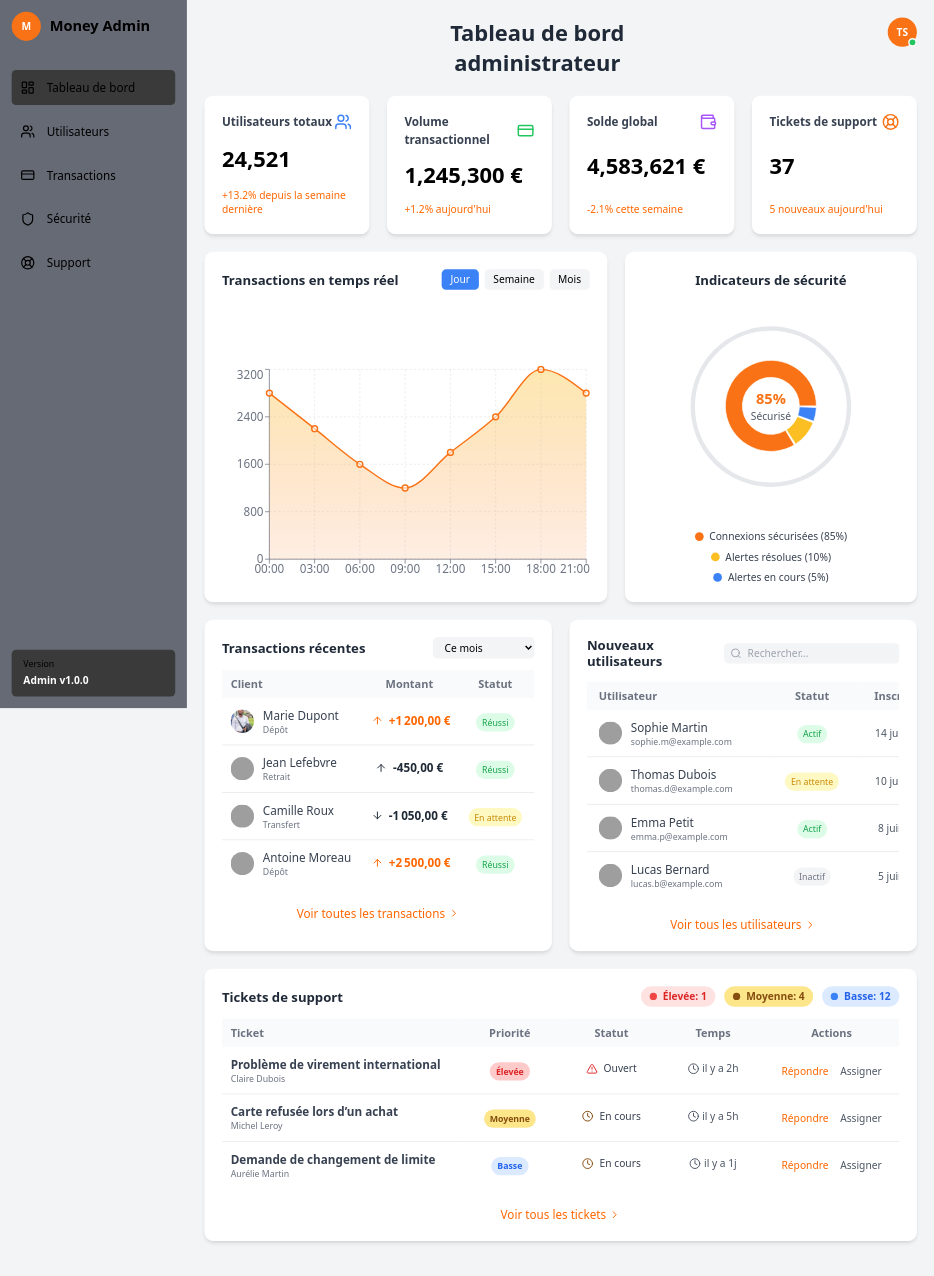
Repository: Edongo999/Dashboard
Page: /
An editor plug-in stored every save of this project. The page is shown before and after the next save, followed by the edit.
The browser window is 1280 px wide. The pictures show the whole page, at 73% of full size.
Pictures or frames that could not be fetched are drawn as grey boxes. The project was rebuilt for these pictures with package versions that can differ from the ones it lists, and the page was loaded fresh each time. Also part of the build but not shown: vite.config.ts.

Above is the page before, as saved 2025-10-15 08:15:35.

### index.html
<!doctype html>
<html lang="en">
  <head>
    <meta charset="UTF-8" />
    <link rel="icon" type="image/svg+xml" href="/vite.svg" />
    <meta name="viewport" content="width=device-width, initial-scale=1.0" />
    <title>mon_dashboard</title>
  </head>
  <body>
    <div id="root"></div>
    <script type="module" src="/src/main.tsx"></script>
  </body>
</html>

### src/App.tsx
import Sidebar from "./components/Sidebar"
import StatBlock from "./components/StatBlock"
import UserAvatar from "./components/UserAvatar"
import RealtimeChart from "./components/RealtimeChart"
import SecurityIndicators from "./components/SecurityIndicators"
import RecentActivity from "./components/RecentActivity"
import NewUsersTable from "./components/NewUsersTable"
import SupportTickets from "./components/SupportTickets"
import { Users, CreditCard, Wallet, LifeBuoy } from "lucide-react"

const App = () => {
  const kpis = [
    {
      title: "Utilisateurs totaux",
      value: "24,521",
      subtext: "+13.2% depuis la semaine dernière",
      icon: <Users />,
      iconColor: "text-blue-500"
    },
    {
      title: "Volume transactionnel",
      value: "1,245,300 €",
      subtext: "+1.2% aujourd'hui",
      icon: <CreditCard />,
      iconColor: "text-green-500"
    },
    {
      title: "Solde global",
      value: "4,583,621 €",
      subtext: "-2.1% cette semaine",
      icon: <Wallet />,
      iconColor: "text-purple-500"
    },
    {
      title: "Tickets de support",
      value: "37",
      subtext: "5 nouveaux aujourd'hui",
      icon: <LifeBuoy />,
      iconColor: "text-orange-500"
    }
  ]

  return (
    <div className="flex min-h-screen bg-[#F3F4F6]">

      {/* ✅ Sidebar monté une seule fois, gère le responsive */}
      <Sidebar />

      {/* ✅ Contenu principal */}
      <main className="flex-1 overflow-auto p-6">

        {/* ✅ Titre centré + avatar fixe en haut à droite */}
        <div className="relative mb-6">
          {/* ✅ Avatar toujours en haut à droite */}
          <div className="absolute top-0 right-0">
            <UserAvatar />
          </div>

          {/* ✅ Titre toujours centré, jamais chevauché */}
          <h1 className="text-3xl font-bold text-gray-800 leading-snug text-center pr-16">
            <span className="block">Tableau de bord</span>
            <span className="block">administrateur</span>
          </h1>
        </div>

        {/* ✅ Cartes KPI */}
        <div className="grid grid-cols-1 sm:grid-cols-2 lg:grid-cols-4 gap-6 mb-6">
          {kpis.map((kpi, i) => (
            <StatBlock key={i} {...kpi} />
          ))}
        </div>

        {/* ✅ Section monitoring élargie sur desktop */}
        <div className="grid grid-cols-1 lg:grid-cols-[1.6fr_400px] gap-6 mb-6 w-full">
          <RealtimeChart />
          <SecurityIndicators />
        </div>

        {/* ✅ Section activité + utilisateurs côte à côte */}
        <div className="grid grid-cols-1 lg:grid-cols-2 gap-6 mb-6">
          <RecentActivity />
          <NewUsersTable />
        </div>

        {/* ✅ Dernière section : tickets de support */}
        <div className="grid grid-cols-1 gap-6 mb-6">
          <SupportTickets />
        </div>
      </main>
    </div>
  )
}

export default App

### src/components/Sidebar.tsx

import {
  LayoutDashboard,
  Users,
  CreditCard,
  Shield,
  LifeBuoy,
  Menu,
  XIcon
} from "lucide-react"
import { useState } from "react"

const Sidebar = () => {
  const [mobileOpen, setMobileOpen] = useState(false)
  const [active, setActive] = useState("Tableau de bord")

  const menuItems = [
    { label: "Tableau de bord", icon: <LayoutDashboard size={20} /> },
    { label: "Utilisateurs", icon: <Users size={20} /> },
    { label: "Transactions", icon: <CreditCard size={20} /> },
    { label: "Sécurité", icon: <Shield size={20} /> },
    { label: "Support", icon: <LifeBuoy size={20} /> }
  ]

  const renderMenu = () => (
    <>
      <div className="flex items-center gap-3 mb-10">
        <div className="bg-orange-500 text-white rounded-full w-10 h-10 flex items-center justify-center font-bold text-sm shrink-0">
          M
        </div>
        <span className="text-xl font-semibold whitespace-nowrap">Money Admin</span>
      </div>

      <ul className="space-y-3">
        {menuItems.map((item) => (
          <li key={item.label}>
            <a
              onClick={() => setActive(item.label)}
              className={`flex items-center gap-4 py-3 px-3 text-[16px] rounded-md transition-all duration-300 ${
                active === item.label
                  ? "bg-[#3A3A3A]"
                  : "hover:bg-neutral-600 hover:scale-[1.02]"
              }`}
            >
              {item.icon}
              {item.label}
            </a>
          </li>
        ))}
      </ul>
    </>
  )

  return (
    <>
      {/* ✅ Bouton hamburger mobile */}
      <button
        className="lg:hidden fixed top-4 left-4 z-50 bg-white p-2 rounded-md shadow-md"
        onClick={() => setMobileOpen(true)}
      >
        <Menu className="text-gray-800" />
      </button>

      {/* ✅ Overlay mobile */}
      {mobileOpen && (
        <div
          className="fixed inset-0 z-40 bg-black/30 lg:hidden"
          onClick={() => setMobileOpen(false)}
        />
      )}

      {/* ✅ Sidebar mobile avec bouton de fermeture */}
      <aside
        className={`fixed top-0 left-0 w-64 h-full bg-[#656A74] text-neutral-content p-4 z-50 transition-transform duration-300 ${
          mobileOpen ? "translate-x-0" : "-translate-x-full"
        } lg:hidden`}
      >
        <div className="flex justify-end mb-4">
          <button onClick={() => setMobileOpen(false)}>
            <XIcon className="text-white" />
          </button>
        </div>
        <div className="flex flex-col justify-between h-full">
          <div>{renderMenu()}</div>
          <div className="mt-10">
            <div className="bg-[#3A3A3A] rounded-md px-4 py-3 text-xs text-neutral-content/70">
              <p className="mb-1">Version</p>
              <span className="font-semibold text-sm text-white">Admin v1.0.0</span>
            </div>
          </div>
        </div>
      </aside>

      {/* ✅ Sidebar desktop avec hauteur personnalisable */}
      <aside className="hidden lg:flex flex-col w-64 h-[970px] bg-[#656A74] text-neutral-content p-4">
        <div className="flex flex-col justify-between h-full">
          <div>{renderMenu()}</div>
          <div className="mt-auto">
            <div className="bg-[#3A3A3A] rounded-md px-4 py-3 text-xs text-neutral-content/70">
              <p className="mb-1">Version</p>
              <span className="font-semibold text-sm text-white">Admin v1.0.0</span>
            </div>
          </div>
        </div>
      </aside>
    </>
  )
}

export default Sidebar

### src/components/StatBlock.tsx
import { motion } from "framer-motion"

type StatBlockProps = {
  title: string
  value: string
  subtext: string
  icon: React.ReactNode
  iconColor: string
}

const StatBlock = ({ title, value, subtext, icon, iconColor }: StatBlockProps) => {
  return (
    <motion.div
      initial={{ opacity: 0, y: 30 }}
      animate={{ opacity: 1, y: 0 }}
      whileHover={{ scale: 1.03, y: -5 }}
      transition={{ duration: 0.3, ease: "easeOut" }}
      // 🔧 MODIFICATION ICI : largeur dynamique
      // Remplace `max-w-[240px]` par `flex-1` pour que chaque carte s’étire dans le layout
      className="bg-white shadow-md p-6 rounded-[12px] flex flex-col justify-between flex-1 h-[190px]"
    >
      <div className="flex justify-between items-center">
        <h3 className="text-base font-semibold text-gray-700">{title}</h3>
        <div className={`text-2xl ${iconColor}`}>{icon}</div>
      </div>
      <p className="text-3xl font-bold mt-2 text-black">{value}</p>
      <p className="text-sm mt-2 text-[#FF6600] font-medium">{subtext}</p>
    </motion.div>
  )
}

export default StatBlock

### src/components/UserAvatar.tsx
const UserAvatar = () => {
  return (
    <div className="relative">
      <div className="w-10 h-10 rounded-full bg-orange-500 text-white flex items-center justify-center font-bold text-sm">
        TS
      </div>
      <span className="absolute bottom-0 right-0 w-3 h-3 rounded-full border-2 border-white bg-green-500" />
    </div>
  )
}

export default UserAvatar

### src/components/RealtimeChart.tsx


import {
  AreaChart,
  Area,
  XAxis,
  YAxis,
  Tooltip,
  CartesianGrid,
  ResponsiveContainer
} from "recharts"
import { useState } from "react"

const datasets = {
  jour: [
    { time: "00:00", value: 2800 },
    { time: "03:00", value: 2200 },
    { time: "06:00", value: 1600 },
    { time: "09:00", value: 1200 },
    { time: "12:00", value: 1800 },
    { time: "15:00", value: 2400 },
    { time: "18:00", value: 3200 },
    { time: "21:00", value: 2800 }
  ],
  semaine: [
    { time: "Lun", value: 5400 },
    { time: "Mar", value: 6200 },
    { time: "Mer", value: 5800 },
    { time: "Jeu", value: 6900 },
    { time: "Ven", value: 7200 },
    { time: "Sam", value: 5100 },
    { time: "Dim", value: 4300 }
  ],
  mois: [
    { time: "S1", value: 18000 },
    { time: "S2", value: 22000 },
    { time: "S3", value: 19500 },
    { time: "S4", value: 25000 }
  ]
}

const RealtimeChart = () => {
  const [view, setView] = useState<"jour" | "semaine" | "mois">("jour")

  return (
    // ✅ Largeur fluide, hauteur augmentée
    <div className="bg-white rounded-[12px] shadow-md p-6 w-full flex flex-col justify-between min-h-[480px]">

      <div className="flex items-center justify-between flex-wrap gap-4 mb-4">
        <h2 className="text-lg font-semibold text-gray-800">Transactions en temps réel</h2>
        <div className="flex gap-2">
          {["jour", "semaine", "mois"].map((v) => (
            <button
              key={v}
              onClick={() => setView(v as "jour" | "semaine" | "mois")}
              className={`text-sm px-3 py-1 rounded-md ${
                view === v ? "bg-blue-500 text-white" : "bg-gray-100 hover:bg-gray-200"
              }`}
            >
              {v.charAt(0).toUpperCase() + v.slice(1)}
            </button>
          ))}
        </div>
      </div>

      <div className="w-full h-[300px]">
        <ResponsiveContainer width="100%" height="100%">
          <AreaChart data={datasets[view]}>
            <defs>
              <linearGradient id="colorValue" x1="0" y1="0" x2="0" y2="1">
                <stop offset="0%" stopColor="#FBBF24" stopOpacity={0.6} />
                <stop offset="100%" stopColor="#F97316" stopOpacity={0.2} />
              </linearGradient>
            </defs>
            <CartesianGrid strokeDasharray="3 3" stroke="#E5E7EB" />
            <XAxis dataKey="time" stroke="#6B7280" />
            <YAxis stroke="#6B7280" />
            <Tooltip
              contentStyle={{ backgroundColor: "#fff", borderRadius: "8px", border: "none" }}
              labelStyle={{ color: "#374151", fontWeight: "500" }}
            />
            <Area
              type="monotone"
              dataKey="value"
              stroke="#F97316"
              strokeWidth={2}
              fill="url(#colorValue)"
              dot={{ r: 4, stroke: "#F97316", strokeWidth: 2, fill: "#fff" }}
            />
          </AreaChart>
        </ResponsiveContainer>
      </div>
    </div>
  )
}

export default RealtimeChart

### src/components/SecurityIndicators.tsx
import {
  PieChart,
  Pie,
  Cell,
  ResponsiveContainer
} from "recharts"

type SecurityLabel = "Connexions sécurisées" | "Alertes résolues" | "Alertes en cours"

const rawData: { name: SecurityLabel; value: number }[] = [
  { name: "Connexions sécurisées", value: 85 },
  { name: "Alertes résolues", value: 10 },
  { name: "Alertes en cours", value: 5 }
]

const COLOR_MAP: Record<SecurityLabel, string> = {
  "Connexions sécurisées": "#F97316",
  "Alertes résolues": "#FBBF24",
  "Alertes en cours": "#3B82F6"
}

const SecurityIndicators = () => {
  const total = rawData.reduce((sum, item) => sum + item.value, 0)

  const data = rawData.map((item) => ({
    ...item,
    percent: ((item.value / total) * 100).toFixed(0) + "%",
    color: COLOR_MAP[item.name]
  }))

  return (
    // ✅ Largeur fluide, aligné à gauche sur desktop, centré sur mobile
    <div className="bg-white rounded-[12px] shadow-md p-6 w-full lg:mx-0 mx-auto flex flex-col items-center justify-between min-h-[480px]">

      {/* ✅ Titre centré */}
      <h2 className="text-lg font-semibold text-gray-800 text-center">Indicateurs de sécurité</h2>

      {/* ✅ Donut centré */}
      <div className="relative flex items-center justify-center mt-4 mb-6 w-full aspect-square max-w-[220px]">
        <div className="w-full h-full rounded-full border-[6px] border-gray-200 flex items-center justify-center">
          <div className="w-[80%] h-[80%]">
            <ResponsiveContainer width="100%" height="100%">
              <PieChart>
                <Pie
                  data={data}
                  dataKey="value"
                  innerRadius="50%"
                  outerRadius="80%"
                  paddingAngle={2}
                >
                  {data.map((item) => (
                    <Cell key={item.name} fill={item.color} />
                  ))}
                </Pie>
              </PieChart>
            </ResponsiveContainer>
          </div>

          {/* ✅ Texte centré dans le donut */}
          <div className="absolute text-center">
            <p className="text-xl font-bold text-orange-500">85%</p>
            <p className="text-sm text-gray-600">Sécurisé</p>
          </div>
        </div>
      </div>

      {/* ✅ Légende centrée */}
      <div className="flex flex-col items-center gap-2 text-sm text-gray-700">
        {data.map((item) => (
          <div key={item.name} className="flex items-center gap-2">
            <span
              className="w-3 h-3 rounded-full"
              style={{ backgroundColor: item.color }}
            />
            <span>{item.name} ({item.percent})</span>
          </div>
        ))}
      </div>
    </div>
  )
}

export default SecurityIndicators

### src/components/NewUsersTable.tsx
import { ChevronRight, Search, X } from "lucide-react"
import { useState } from "react"

// ✅ Liste des utilisateurs (tu peux ajouter le champ avatar si tu veux gérer les images)
const users = [
  {
    name: "Sophie Martin",
    email: "sophie.m@example.com",
    status: "Actif",
    date: "14 juin 2023",
    avatar: "/src/assets/images/sophie.jpg" // 👉 Tu insères tes propres images ici
  },
  {
    name: "Thomas Dubois",
    email: "thomas.d@example.com",
    status: "En attente",
    date: "10 juin 2023",
    avatar: "/src/assets/images/thomas.jpg"
  },
  {
    name: "Emma Petit",
    email: "emma.p@example.com",
    status: "Actif",
    date: "8 juin 2023",
    avatar: "/src/assets/images/emma.jpg"
  },
  {
    name: "Lucas Bernard",
    email: "lucas.b@example.com",
    status: "Inactif",
    date: "5 juin 2023",
    avatar: "/src/assets/images/lucas.jpg"
  }
]

const NewUsersTable = () => {
  const [zoomedImage, setZoomedImage] = useState<string | null>(null)

  return (
    <div className="bg-white rounded-[12px] shadow-md p-6 w-full lg:max-w-[600px]">

      {/* ✅ Titre + barre de recherche sur la même ligne */}
      <div className="flex justify-between items-center mb-4">
        <h2 className="text-lg font-bold text-gray-800 leading-tight">
          Nouveaux<br />utilisateurs
        </h2>
        <div className="relative w-[240px]">
          <input
            type="text"
            placeholder="Rechercher..."
            className="text-sm bg-gray-100 pl-8 pr-3 py-1 rounded-md w-full"
          />
          <Search className="absolute left-2 top-1.5 w-4 h-4 text-gray-400" />
        </div>
      </div>

      {/* ✅ Tableau avec animation et zoom image */}
      <div className="overflow-x-auto">
        <table className="min-w-[500px] w-full text-[15px] text-left">
          <thead>
            <tr className="bg-[#F9FAFB] text-gray-500 font-normal">
              <th className="py-2 px-4">Utilisateur</th>
              <th className="py-2 px-4 text-center">Statut</th>
              <th className="py-2 px-4 text-center">Inscription</th>
            </tr>
          </thead>
          <tbody className="divide-y divide-gray-200">
            {users.map((user, i) => {
              const statusColor =
                user.status === "Actif"
                  ? "bg-green-100 text-green-600"
                  : user.status === "En attente"
                  ? "bg-yellow-100 text-yellow-600"
                  : "bg-gray-100 text-gray-500"

              return (
                <tr
                  key={i}
                  className="text-gray-700 align-middle text-[16px] transition duration-200 hover:bg-gray-50"
                >
                  <td className="py-3 px-4">
                    <div className="flex items-center gap-3">
                      {/* ✅ Avatar avec effet de zoom et icône d’indication */}
                      <div
                        className="relative group cursor-pointer"
                        onClick={() => setZoomedImage(user.avatar)}
                      >
                        <img
                          src={user.avatar}
                          alt={user.name}
                          className="w-8 h-8 rounded-full object-cover transition-transform duration-300 group-hover:scale-110"
                        />
                        {/* ✅ Indicateur visuel au survol */}
                        <div className="absolute inset-0 rounded-full bg-black bg-opacity-30 opacity-0 group-hover:opacity-100 flex items-center justify-center transition-opacity">
                          <span className="text-white text-xs">🔍</span>
                        </div>
                      </div>

                      {/* ✅ Nom + email */}
                      <div className="whitespace-nowrap">
                        <p className="font-medium">{user.name}</p>
                        <p className="text-xs text-gray-500">{user.email}</p>
                      </div>
                    </div>
                  </td>

                  {/* ✅ Statut avec badge coloré */}
                  <td className="py-3 px-4 text-center">
                    <span className={`px-2 py-1 rounded-full text-xs font-medium ${statusColor}`}>
                      {user.status}
                    </span>
                  </td>

                  {/* ✅ Date d’inscription */}
                  <td className="py-3 px-4 text-center">
                    <span className="text-sm text-gray-600">{user.date}</span>
                  </td>
                </tr>
              )
            })}
          </tbody>
        </table>
      </div>

      {/* ✅ Bouton en bas */}
        <div className="mt-6 flex justify-center">
    <button className="text-base text-[#FF6600] font-medium hover:underline flex items-center gap-1">
        Voir tous les utilisateurs <ChevronRight className="w-4 h-4" style={{ color: "#FF6600" }} />
    </button>
    </div>


      {/* ✅ Modal zoom image */}
      {zoomedImage && (
        <div className="fixed inset-0 bg-black bg-opacity-60 flex items-center justify-center z-50">
          <div className="relative bg-white rounded-lg p-4 shadow-lg max-w-sm w-full">
            <button
              onClick={() => setZoomedImage(null)}
              className="absolute top-2 right-2 text-gray-500 hover:text-gray-800"
            >
              <X className="w-5 h-5" />
            </button>
            <img
              src={zoomedImage}
              alt="Zoom"
              className="w-full h-auto rounded-md object-cover"
            />
          </div>
        </div>
      )}
    </div>
  )
}

export default NewUsersTable

Loaded but not shown: src/main.tsx (common file); src/index.css (common file); tailwind.config.js (26 lines, source omitted); src/components/SupportTickets.tsx (161 lines, source omitted); src/components/RecentActivity.tsx (162 lines, source omitted)

After the next save:
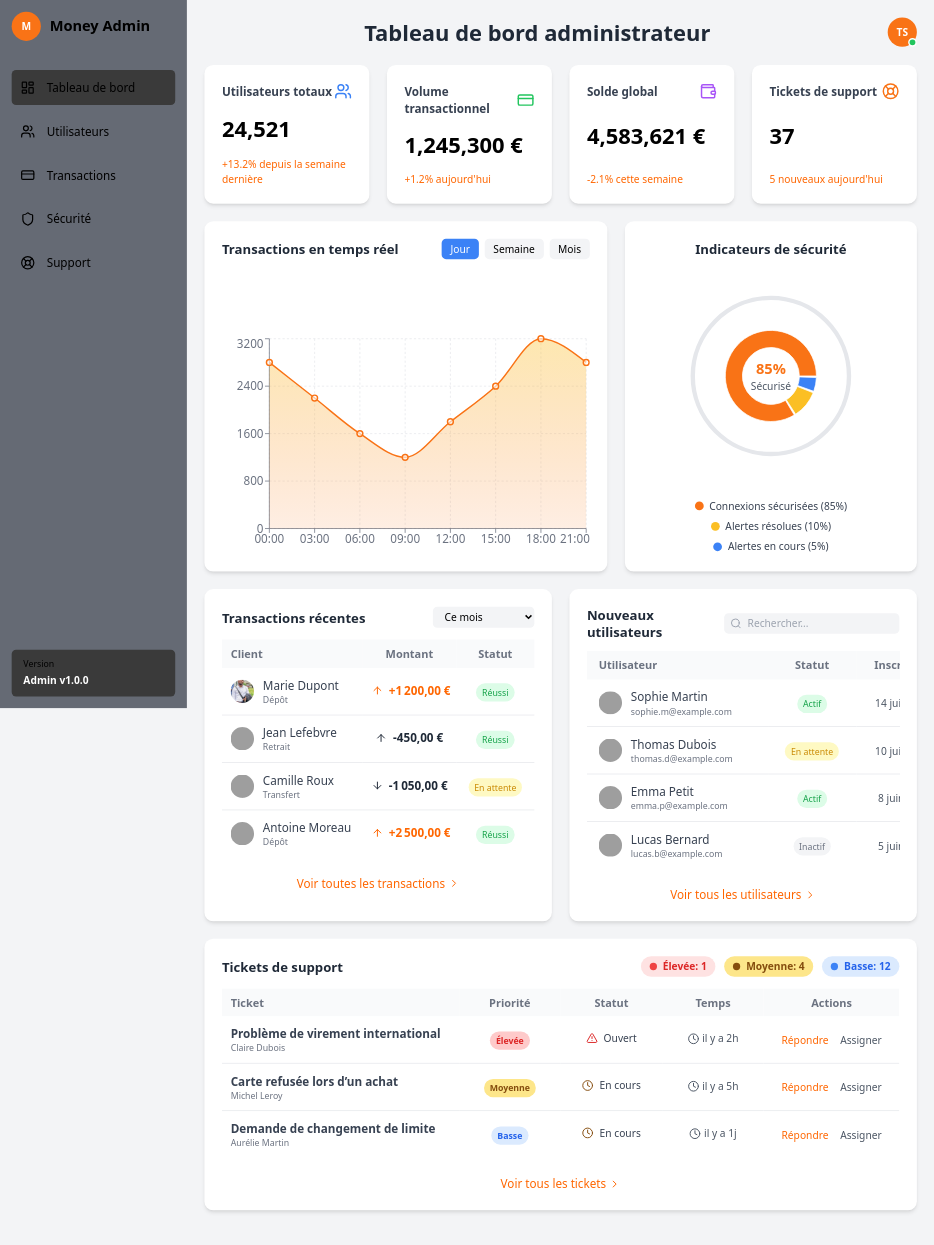
Saved 3 min 11 s later.
--- a/src/App.tsx
+++ b/src/App.tsx
@@ -49,17 +49,17 @@ const App = () => {
       {/* ✅ Contenu principal */}
       <main className="flex-1 overflow-auto p-6">
 
-        {/* ✅ Titre centré + avatar fixe en haut à droite */}
+        {/* ✅ Titre centré en mobile, une ligne en desktop + avatar fixe */}
         <div className="relative mb-6">
           {/* ✅ Avatar toujours en haut à droite */}
           <div className="absolute top-0 right-0">
             <UserAvatar />
           </div>
 
-          {/* ✅ Titre toujours centré, jamais chevauché */}
+          {/* ✅ Titre centré en mobile, inline en desktop */}
           <h1 className="text-3xl font-bold text-gray-800 leading-snug text-center pr-16">
-            <span className="block">Tableau de bord</span>
-            <span className="block">administrateur</span>
+            <span className="block lg:inline">Tableau de bord</span>
+            <span className="block lg:inline"> administrateur</span>
           </h1>
         </div>
 
